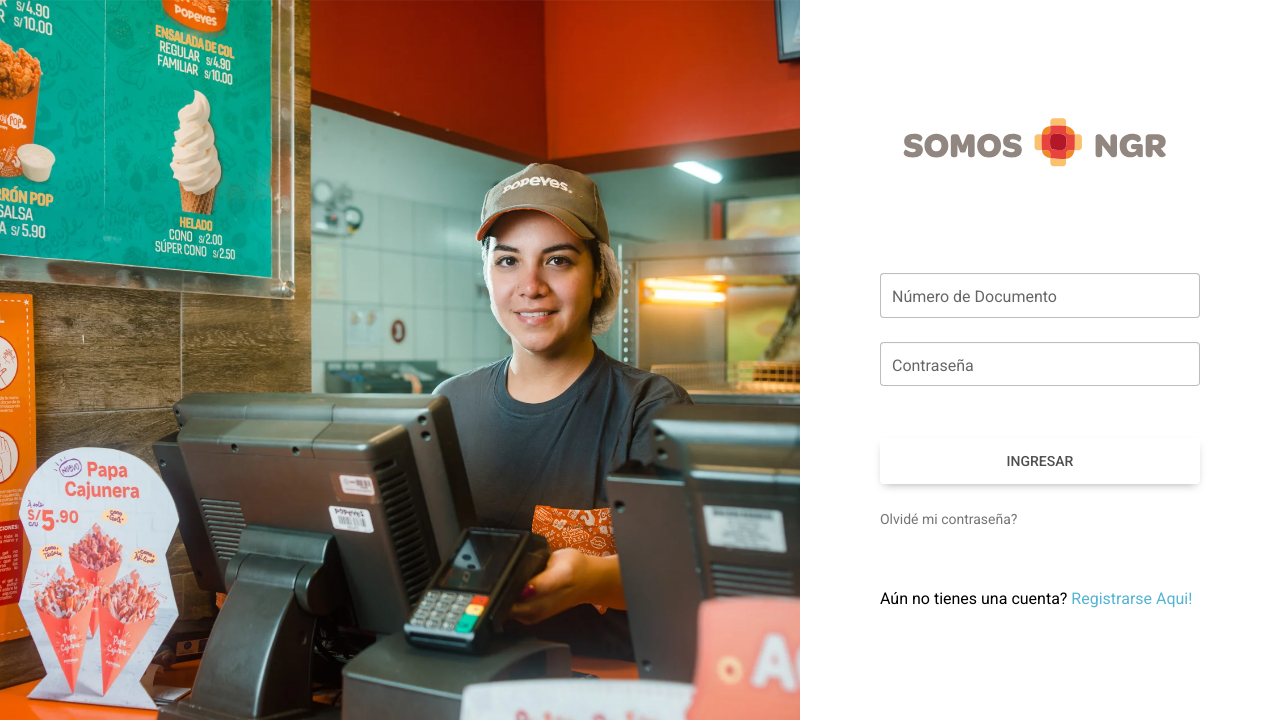
Repository: igmeMarcial/ProyectoLP-2023
Page: http://localhost/proyectoLP_2023/
The author's editor kept a copy of each file at every save. The page is drawn from the files as they stood at one save, then again after the next save.
The browser window is 1280 px wide. The pictures show the whole page.
Some web libraries are served in a nearby version. The page is served by Tomcat 9. Other server files are loaded and not shown.

Above is the page before, as saved 2023-03-18 16:09:41.

### proyectoLP_2023/WebContent/index.jsp

<%@ page language="java" contentType="text/html; charset=ISO-8859-1"
    pageEncoding="ISO-8859-1"%>
<!DOCTYPE html>
<html lang="en">
<head>
    <meta charset="UTF-8">
    <meta http-equiv="X-UA-Compatible" content="IE=edge">
    <meta name="viewport" content="width=device-width, initial-scale=1.0">
    <link rel="icon" type="image/x-icon" href="favicon.ico">
    <link rel="preconnect" href="https://fonts.googleapis.com">
	<link rel="preconnect" href="https://fonts.gstatic.com" crossorigin>
	<link href="https://fonts.googleapis.com/css2?family=Poppins:wght@400;500;600;700&display=swap" rel="stylesheet">
	<!-- Font Awesome -->
	<link
	  href="https://cdnjs.cloudflare.com/ajax/libs/font-awesome/6.0.0/css/all.min.css"
	  rel="stylesheet"
	/>
	<!-- Google Fonts -->
	<link
	  href="https://fonts.googleapis.com/css?family=Roboto:300,400,500,700&display=swap"
	  rel="stylesheet"
	/>
	<link
	  href="https://cdnjs.cloudflare.com/ajax/libs/mdb-ui-kit/6.2.0/mdb.min.css"
	  rel="stylesheet"
	/>
	<title>SomosNGR</title>
	<link rel="stylesheet" type="text/css" href="./css/login.css" />
</head>
<body>
<section class="vh-100">
  	<div class="container-fluid p-0">
    <div class="row-login vh-100 ">
	   <div class="w-100 img-login  text-center">
	        <img src="./img/DSC_0005.webp"
	          alt="Login image" class="w-100 vh-100" style="object-fit: cover; object-position: center;">
	   </div>
      <div class="text-black">

        <div class="px-5 text-center mb-5">
          <img alt="logo" class="logo-app mt-4 mb-4  ng-lazyloaded" src="./img/logo-somosngr.svg">
        </div>

        <div class="d-flex align-items-center justify-content-center h-custom-2 px-5  mt-5 pt-5 pt-xl-0  ">

          <form action="ControladorPerfil?accion=Ingresar" method="post" style="width: 20rem;">

            <h3 class="fw-normal mb-3 pb-3" style="letter-spacing: 1px;"></h3>

            <div class="form-outline mb-4">
              <input type="text" id="input-custom" name="usuario" class="form-control form-control-lg " />
              <label class="form-label" for="form2Example18">Número de Documento</label>
            </div>

            <div class="form-outline mb-5">
              <input type="password" id="input-custom" name="password" class="form-control form-control-lg nput-custom"" />
              <label class="form-label" for="form2Example28">Contraseña</label>
            </div>

            <div class="pt-1 mb-4">
              <button name="accion" value="Ingresar" class="btn  btn-lg btn-block btn-login" type="submit">Ingresar</button>
            </div>

            <p class="small mb-5 pb-lg-2"><a class="text-muted" href="#!">Olvidé mi contraseña?</a></p>
            <p class="createNewLink">Aún no tienes una cuenta?<a href="#!" class="link-info"> Registrarse Aqui!</a></p>

          </form>

        </div>

      </div>

    </div>
  </div>

</section>

<script
  type="text/javascript"
  src="https://cdnjs.cloudflare.com/ajax/libs/mdb-ui-kit/6.2.0/mdb.min.js"
></script>

</body>
</html>

### proyectoLP_2023/WebContent/css/login.css
.bg-image-vertical {
position: relative;
overflow: hidden;
background-repeat: no-repeat;
background-position: right center;
background-size: auto 100%;
}

@media (min-width: 1025px) {
.h-custom-2 {
height: 100%;
}
}


@media screen and (max-width: 900px){
.img-login {
    display: none !important;
}
.row-login{
	display: grid;
    align-items: center;
    justify-items: center;
}
}
.row{
	align-items: center;
    justify-content: center;
}
}
.row-login{height: 100vh;
}

.row-login {
    display: grid;
    grid-template-columns: 1.5fr .9fr;
    align-items: center;
    justify-items: center;
}

### proyectoLP_2023/WebContent/img/logo-somosngr.svg
<svg width="273" height="53" viewBox="0 0 273 53" fill="none" xmlns="http://www.w3.org/2000/svg">
<g clip-path="url(#clip0)">
<path d="M175.779 18.5166H171.647C171.551 17.3772 171.394 16.4728 171.187 16.0078C169.882 13.0112 166.374 11.0696 163.09 10.2827V5.68425C163.09 5.27172 163.01 4.86323 162.854 4.48213C162.698 4.10104 162.469 3.7548 162.18 3.46322C161.892 3.17163 161.549 2.94041 161.172 2.78278C160.796 2.62514 160.392 2.54418 159.984 2.54451H150.414C149.591 2.54451 148.801 2.87522 148.219 3.46396C147.636 4.05271 147.309 4.8513 147.308 5.68425V10.2265C147.929 10.132 148.571 10.0605 149.24 10.0068C148.578 10.0605 147.929 10.132 147.308 10.2265C146.975 10.2776 146.646 10.3313 146.328 10.3977C141.489 11.4196 139.446 13.7597 138.91 18.5166H134.635C133.811 18.5166 133.02 18.8475 132.437 19.4368C131.854 20.026 131.526 20.8252 131.526 21.6588V31.3386C131.526 32.1723 131.854 32.9715 132.437 33.5607C133.02 34.15 133.811 34.4809 134.635 34.4809H138.971C138.971 34.4094 138.958 34.3353 138.951 34.2612C138.951 34.3353 138.951 34.4094 138.971 34.4809C139.512 39.621 143.105 41.5498 147.305 42.2932V47.303C147.306 48.1366 147.634 48.9359 148.217 49.5251C148.8 50.1143 149.59 50.4453 150.414 50.4453H159.981C160.389 50.4453 160.793 50.364 161.17 50.2061C161.547 50.0482 161.889 49.8167 162.178 49.525C162.466 49.2332 162.695 48.8868 162.851 48.5055C163.007 48.1243 163.088 47.7157 163.088 47.303V42.983L163.545 42.9396C168.412 42.4772 170.745 38.829 171.488 34.486H175.779C176.602 34.4854 177.392 34.154 177.974 33.5648C178.556 32.9756 178.883 32.1767 178.883 31.3438V21.6588C178.883 20.8259 178.556 20.027 177.974 19.4378C177.392 18.8486 176.602 18.5172 175.779 18.5166Z" fill="white" stroke="white" stroke-width="20" stroke-miterlimit="10"/>
<path d="M149.543 42.3289C148.785 42.2625 148.028 42.1654 147.308 42.0377V47.0475C147.309 47.8811 147.636 48.6803 148.219 49.2696C148.802 49.8588 149.593 50.1898 150.417 50.1898H159.984C160.392 50.1898 160.796 50.1085 161.173 49.9506C161.549 49.7926 161.892 49.5612 162.18 49.2694C162.469 48.9776 162.698 48.6312 162.854 48.25C163.01 47.8687 163.09 47.4601 163.09 47.0475V42.7275C158.797 43.1285 153.902 42.7862 149.543 42.334" fill="#FAC26F"/>
<path d="M160.014 9.65427C161.05 9.66171 162.082 9.78682 163.09 10.0273V5.42879C163.09 5.01625 163.01 4.60777 162.854 4.22667C162.698 3.84557 162.469 3.49934 162.18 3.20775C161.892 2.91617 161.549 2.68495 161.172 2.52731C160.795 2.36968 160.392 2.28871 159.984 2.28905H150.414C149.591 2.28905 148.801 2.61976 148.219 3.2085C147.636 3.79724 147.309 4.59584 147.308 5.42879V9.97106C151.233 9.37326 156.173 9.65427 160.014 9.65427Z" fill="#FAC26F"/>
<path d="M138.867 18.6698C138.883 18.5319 138.898 18.3965 138.91 18.2611H134.635C133.811 18.2611 133.02 18.5921 132.437 19.1813C131.854 19.7705 131.526 20.5697 131.526 21.4034V31.0832C131.526 31.9168 131.854 32.716 132.437 33.3053C133.02 33.8945 133.811 34.2255 134.635 34.2255H138.971C138.958 34.0952 138.943 33.97 138.933 33.8269C138.428 26.5562 138.521 22.4431 138.867 18.6698Z" fill="#FAC26F"/>
<path d="M175.779 18.2611H171.647C171.96 21.9629 171.75 28.2244 171.766 30.7383C171.772 31.9067 171.678 33.0735 171.485 34.2255H175.779C176.602 34.2248 177.392 33.8934 177.974 33.3042C178.556 32.715 178.883 31.9161 178.883 31.0832V21.4034C178.883 20.5704 178.556 19.7716 177.974 19.1823C177.392 18.5931 176.602 18.2618 175.779 18.2611Z" fill="#FAC26F"/>
<path d="M144.209 18.2611C145.033 18.2611 145.823 17.93 146.406 17.3407C146.988 16.7514 147.316 15.9522 147.316 15.1188V9.97105C146.982 10.0221 146.654 10.0758 146.336 10.1422C141.497 11.1641 139.453 13.5042 138.918 18.2611H144.222H144.209Z" fill="#F18925"/>
<path d="M163.09 15.1187C163.091 15.9515 163.418 16.75 164 17.339C164.582 17.9281 165.371 18.2597 166.194 18.261H171.647C171.551 17.1216 171.394 16.2173 171.187 15.7523C169.882 12.7556 166.374 10.8141 163.09 10.0272V15.1085V15.1187Z" fill="#F18925"/>
<path d="M166.194 34.2254C165.372 34.2274 164.584 34.5585 164.003 35.1463C163.421 35.7342 163.093 36.5309 163.09 37.3626V42.7275L163.547 42.684C168.414 42.2216 170.748 38.5735 171.49 34.2305H166.187L166.194 34.2254Z" fill="#F18925"/>
<path d="M147.308 37.3626C147.308 36.9499 147.228 36.5413 147.071 36.1601C146.915 35.7789 146.686 35.4325 146.398 35.1407C146.11 34.8489 145.767 34.6174 145.39 34.4595C145.013 34.3016 144.609 34.2203 144.201 34.2203H138.971C139.511 39.3604 143.105 41.2892 147.305 42.0326V37.3626H147.308Z" fill="#F18925"/>
<path d="M163.214 28.1656C163.229 30.9503 162.204 33.6991 159.208 33.9853C157.067 34.2152 154.584 34.0415 152.389 33.8141C149.864 33.5842 147.444 32.7743 147.222 29.6729C146.969 26.1295 147.022 24.1241 147.192 22.2898C147.414 19.8347 148.401 18.6442 150.823 18.1307C152.798 17.7322 155.46 17.8957 157.494 17.8957C159.355 17.8957 162.09 18.9176 162.936 20.8668C163.388 21.8351 163.209 26.5664 163.219 28.1656H163.214ZM171.652 18.2712H166.194C165.371 18.2699 164.582 17.9383 164 17.3492C163.418 16.7602 163.091 15.9617 163.09 15.129V10.0272C162.082 9.78332 161.05 9.65478 160.014 9.64399C156.173 9.64399 151.233 9.36297 147.308 9.96077V15.1085C147.308 15.5212 147.228 15.9298 147.071 16.311C146.915 16.6923 146.686 17.0387 146.398 17.3304C146.11 17.6222 145.767 17.8537 145.39 18.0116C145.013 18.1695 144.609 18.2508 144.201 18.2508H138.905C138.905 18.3862 138.878 18.5216 138.862 18.6596C138.519 22.4303 138.413 26.5459 138.928 33.8166C138.928 33.9546 138.953 34.0849 138.966 34.2152H144.209C145.033 34.2152 145.823 34.5462 146.406 35.1355C146.988 35.7248 147.315 36.5241 147.315 37.3575V42.0377C148.048 42.1654 148.795 42.2625 149.551 42.3289C153.91 42.7811 158.804 43.1235 163.098 42.7224V37.3626C163.098 36.5296 163.426 35.7309 164.007 35.1414C164.589 34.5519 165.378 34.2198 166.202 34.2177H171.505C171.697 33.0656 171.789 31.8988 171.781 30.7306C171.766 28.2218 171.975 21.9551 171.662 18.2534" fill="#E7443E"/>
<path d="M162.931 20.8566C162.085 18.915 159.347 17.8855 157.489 17.8855C155.455 17.8855 152.793 17.722 150.818 18.1205C148.394 18.6315 147.411 19.8245 147.187 22.2796C147.017 24.1139 146.967 26.1116 147.217 29.6627C147.439 32.7641 149.849 33.574 152.384 33.8039C154.584 34.0312 157.067 34.205 159.203 33.975C162.191 33.6889 163.224 30.94 163.209 28.158C163.209 26.5562 163.378 21.8248 162.926 20.8566" fill="#B31829"/>
</g>
<path d="M9.695 41.49C16.52 41.49 19.915 38.725 19.915 33.79C19.915 29.625 16.52 27.7 12.075 26.72C9.695 26.195 7.875 26.3 7.875 25.005C7.875 23.85 8.89 23.22 10.92 23.22C13.055 23.22 15.4 24.27 16.905 25.67C17.045 25.81 19.39 24.13 19.39 22.17C19.39 19.93 16.8 17.865 10.85 17.865C4.62 17.865 1.19 20.77 1.19 25.39C1.19 30.115 5.005 31.69 8.785 32.46C11.025 32.95 12.845 32.95 12.845 34.35C12.845 35.505 11.83 36.135 9.695 36.135C7.28 36.135 4.445 34.84 2.975 33.51C2.765 33.335 0.665 35.155 0.665 36.835C0.665 39.215 3.045 41.49 9.695 41.49ZM33.3862 41.49C40.3862 41.49 45.3562 36.555 45.3562 29.66C45.3562 22.8 40.3862 17.865 33.4212 17.865C26.4562 17.865 21.4512 22.8 21.4512 29.66C21.4512 36.59 26.4212 41.49 33.3862 41.49ZM33.4212 35.225C30.3762 35.225 28.3812 33.02 28.3812 29.66C28.3812 26.23 30.3412 24.06 33.3862 24.06C36.4312 24.06 38.4262 26.335 38.4262 29.66C38.4262 33.02 36.4312 35.225 33.4212 35.225ZM50.5851 41.175H51.7051C53.7351 41.175 54.4351 40.055 54.4351 37.92V28.505L56.7801 34.875C57.1651 35.785 57.0951 36.59 59.7201 36.59C62.3451 36.59 62.3801 35.75 62.6951 34.875L65.0401 28.225V37.92C65.0401 40.055 65.8801 41.175 67.8051 41.175H68.9251C70.9201 41.175 71.6551 40.055 71.6551 37.92V21.54C71.6551 19.335 70.5351 18.18 68.4351 18.18H66.4751C64.8651 18.18 64.1301 18.53 63.4651 20.07L59.7551 29.135L56.0801 20.07C55.4501 18.635 54.8201 18.18 52.9651 18.18H50.9701C48.9401 18.18 47.8201 19.335 47.8201 21.54V37.92C47.8201 40.055 48.6251 41.175 50.5851 41.175ZM86.0913 41.49C93.0913 41.49 98.0613 36.555 98.0613 29.66C98.0613 22.8 93.0913 17.865 86.1263 17.865C79.1613 17.865 74.1563 22.8 74.1563 29.66C74.1563 36.59 79.1263 41.49 86.0913 41.49ZM86.1263 35.225C83.0813 35.225 81.0863 33.02 81.0863 29.66C81.0863 26.23 83.0463 24.06 86.0913 24.06C89.1363 24.06 91.1313 26.335 91.1313 29.66C91.1313 33.02 89.1363 35.225 86.1263 35.225ZM108.645 41.49C115.47 41.49 118.865 38.725 118.865 33.79C118.865 29.625 115.47 27.7 111.025 26.72C108.645 26.195 106.825 26.3 106.825 25.005C106.825 23.85 107.84 23.22 109.87 23.22C112.005 23.22 114.35 24.27 115.855 25.67C115.995 25.81 118.34 24.13 118.34 22.17C118.34 19.93 115.75 17.865 109.8 17.865C103.57 17.865 100.14 20.77 100.14 25.39C100.14 30.115 103.955 31.69 107.735 32.46C109.975 32.95 111.795 32.95 111.795 34.35C111.795 35.505 110.78 36.135 108.645 36.135C106.23 36.135 103.395 34.84 101.925 33.51C101.715 33.335 99.6152 35.155 99.6152 36.835C99.6152 39.215 101.995 41.49 108.645 41.49Z" fill="#928681"/>
<path d="M195.55 41.175H196.145C198.14 41.175 199.19 40.055 199.19 37.92V28.89L207.485 39.635C208.43 40.755 208.92 41.175 210.6 41.175H211.16C212.91 41.175 213.995 40.09 213.995 37.92V21.435C213.995 19.3 212.98 18.18 211.055 18.18H210.46C208.43 18.18 207.415 19.3 207.415 21.435V30.395L199.295 19.825C198.315 18.67 197.79 18.18 196.145 18.18H195.48C193.66 18.18 192.575 19.265 192.575 21.435V37.92C192.575 40.055 193.59 41.175 195.55 41.175ZM233.984 38.48C234.544 40.615 236.049 41.175 237.449 41.175C238.709 41.175 239.794 40.685 239.794 40.475V30.99C239.829 28.96 239.409 28.015 237.379 28.015H231.219C229.014 28.015 227.929 28.435 227.929 30.43V30.745C227.929 32.67 229.014 33.16 231.219 33.16H233.564C233.214 34.98 231.604 36.135 229.119 36.135C225.969 36.135 223.694 33.72 223.694 30.01C223.694 26.335 226.214 23.85 229.434 23.85C231.429 23.85 233.249 24.725 234.474 26.265C234.649 26.51 237.974 25.635 237.974 23.115C237.974 20.105 234.684 17.865 229.014 17.865C221.559 17.865 216.624 22.8 216.624 29.66C216.624 36.45 220.859 41.35 227.404 41.35C230.554 41.35 232.759 40.23 233.984 38.48ZM249.578 28.96V23.675H252.448C254.653 23.675 255.668 24.585 255.668 26.335C255.668 28.015 254.618 28.96 252.518 28.96H249.578ZM257.803 32.425C261.023 31.515 262.703 29.1 262.703 25.81C262.703 20.945 259.553 18.355 253.253 18.355H246.253C243.943 18.355 242.648 19.72 242.648 22.275V37.115C242.648 39.67 243.698 41.175 245.623 41.175H246.603C248.633 41.175 249.683 40.02 249.683 37.92V33.965H250.978L254.163 38.2C255.633 40.23 256.718 41.175 258.888 41.175C261.898 41.175 263.123 39.04 262.913 38.76L257.803 32.425Z" fill="#928681"/>
<defs>
<clipPath id="clip0">
<rect width="118" height="53" fill="white" transform="translate(129)"/>
</clipPath>
</defs>
</svg>

After the next save:
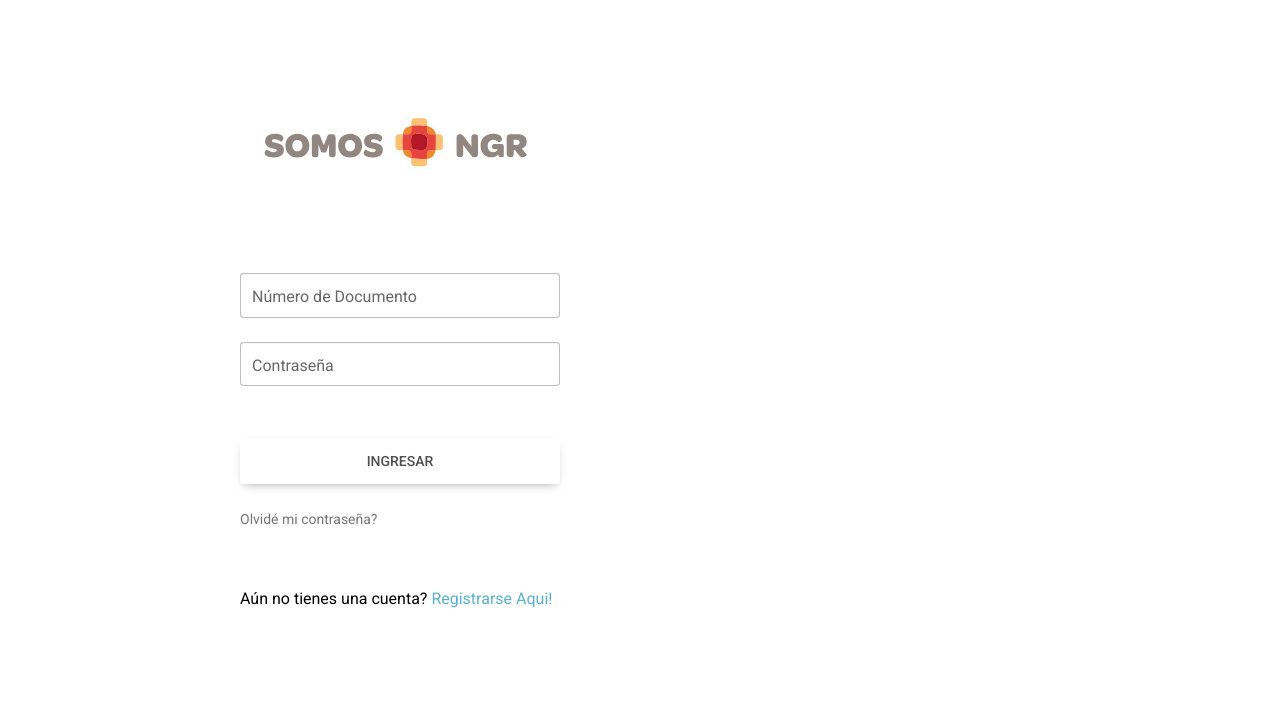
Saved 4 min 45 s later.
--- a/proyectoLP_2023/WebContent/css/login.css
+++ b/proyectoLP_2023/WebContent/css/login.css
@@ -14,7 +14,20 @@
 
 
 @media screen and (max-width: 900px){
-.img-login {
+
+}
+.row-login{height: 100vh;
+}
+
+.row-login {
+    display: grid;
+    grid-template-columns: 1.5fr .9fr;
+    align-items: center;
+    justify-items: center;
+}
+
+@media screen and (min-width: 1000px){
+	.img-login {
     display: none !important;
 }
 .row-login{
@@ -28,12 +41,3 @@
     justify-content: center;
 }
 }
-.row-login{height: 100vh;
-}
-
-.row-login {
-    display: grid;
-    grid-template-columns: 1.5fr .9fr;
-    align-items: center;
-    justify-items: center;
-}
